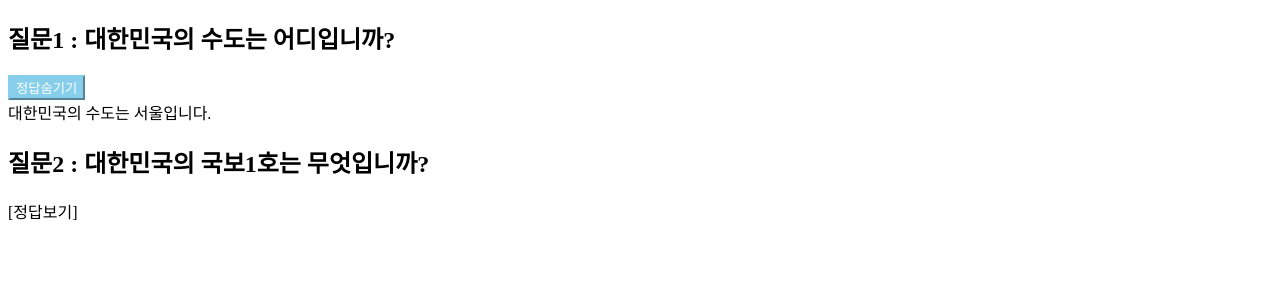
Repository: yoojisoo/YONSAI
Page: http://localhost/teatJava/html/script05.jsp
The author's editor kept a copy of each file at every save. The page is drawn from the files as they stood at one save, then again after the next save.
The browser window is 1280 px wide. The pictures show the whole page.
After loading, the first visible `button.q1` was clicked once.
The page is served by Tomcat 9.

Above is the page before, as saved 2021-08-20 06:14:12.

### jsworkspace/teatJava/src/main/webapp/html/script05.jsp
<%@ page language="java" contentType="text/html; charset=UTF-8"
    pageEncoding="UTF-8"%>
<!DOCTYPE html>
<html>
<head>
<meta charset="UTF-8">
<title>정답보기</title>
<script src="../js/jquery-3.6.0.js"></script> <!--제이쿼리라이브러리-->
<script>
	var count1=0;
	$(document).ready(function(){
		$("ans").hide();
		$("button.q1").click(function(){
			count1++;
				if(count1%2==1){
					$("ans.q1").show();
					$("button.q1").text("정답숨기기");
					$("button.q1").css({"background-color":"skyblue","border-color":"skyblue","color":"white"});

				}else{
					$("ans.q1").hide();
					$("button.q1").text("정답보기");
				}
		});
		$("p.q2").click(function(){
				$("ans.q2").toggle();
		});
	});
</script>
</head>
<body>
	<h2>질문1 : 대한민국의 수도는 어디입니까?</h2>
		<button class="q1">정답보기</button><br>
		<ans class="q1">대한민국의 수도는 서울입니다.</ans>


	<h2>질문2 : 대한민국의 국보1호는 무엇입니까?</h2>
		<p class="q2">[정답보기]</p>
		<ans class="q2">대한민국의 국보1호는 숭례문입니다.</ans>
</body>
</html>

Loaded but not shown: jsworkspace/teatJava/src/main/webapp/js/jquery-3.6.0.js (library)

After the next save:
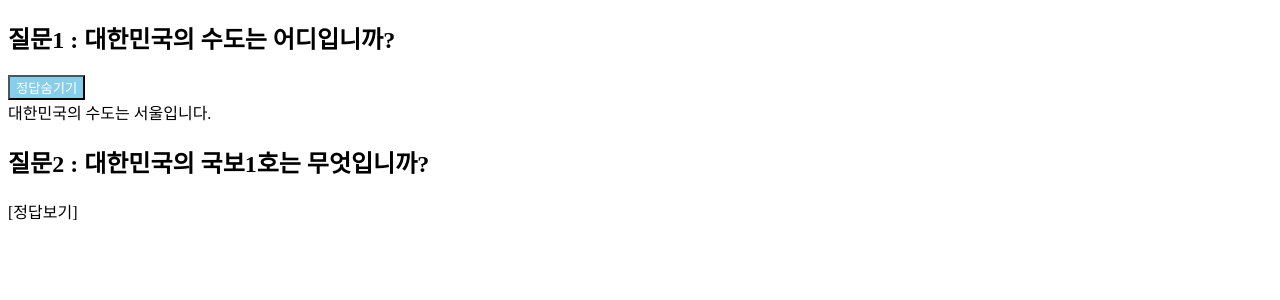
Saved 38 s later.
--- a/jsworkspace/teatJava/src/main/webapp/html/script05.jsp
+++ b/jsworkspace/teatJava/src/main/webapp/html/script05.jsp
@@ -15,7 +15,7 @@
 				if(count1%2==1){
 					$("ans.q1").show();
 					$("button.q1").text("정답숨기기");
-					$("button.q1").css({"background-color":"skyblue","border-color":"skyblue","color":"white"});
+					$("button.q1").css({"background-color":"skyblue","color":"white"});
 
 				}else{
 					$("ans.q1").hide();
